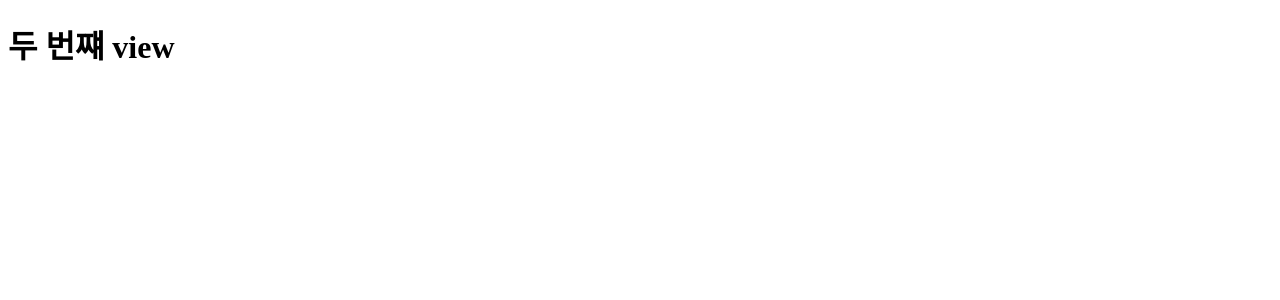
Repository: Dalso13/workspace
Page: workspace_web/chapter03_javascript/WebContent/04_함수/Ex03_선언적함수.html
An editor plug-in stored every save of this project. The page is shown before and after the next save, followed by the edit.
The browser window is 1280 px wide. The pictures show the whole page.

Above is the page before, as saved 2023-05-10 03:14:59.

### workspace_web/chapter03_javascript/WebContent/04_함수/Ex03_선언적함수.html
<!DOCTYPE html>
<html>
<head>
<meta charset="UTF-8">
<title>Insert title here</title>
<script type="text/javascript">
	/*
		선언적 함수

		- 동일한 함수를 두 개 이상 만들면 덮어쓰기해서 나중에 만든 함수를 사용
		* 자바의 오버로드 불가(매개변수가 달라도 같은 함수로 인식)
	*/

	function view() {
		document.write("<h1>첫 번쨰 view</h1>");
	}
	function view() {
		document.write("<h1>두 번쨰 view</h1>");
	}

	view();
</script>
</head>
<body>

</body>
</html>

After the next save:
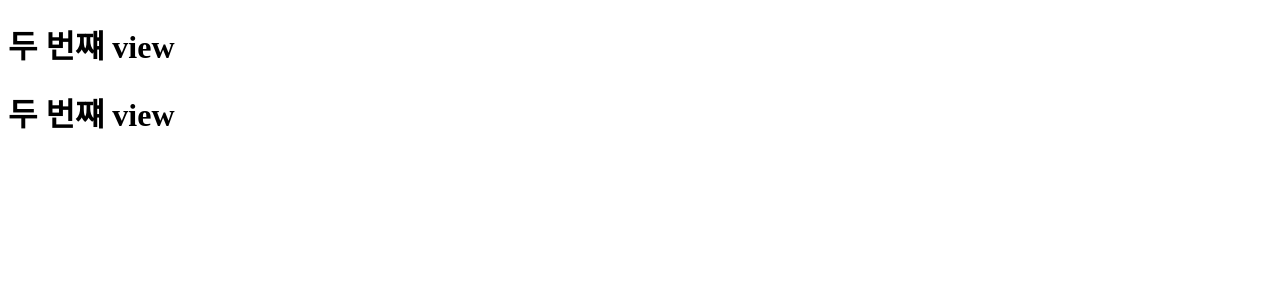
Saved 2 min 50 s later.
--- a/workspace_web/chapter03_javascript/WebContent/04_함수/Ex03_선언적함수.html
+++ b/workspace_web/chapter03_javascript/WebContent/04_함수/Ex03_선언적함수.html
@@ -14,6 +14,8 @@
 	function view() {
 		document.write("<h1>첫 번쨰 view</h1>");
 	}
+	view();
+
 	function view() {
 		document.write("<h1>두 번쨰 view</h1>");
 	}
